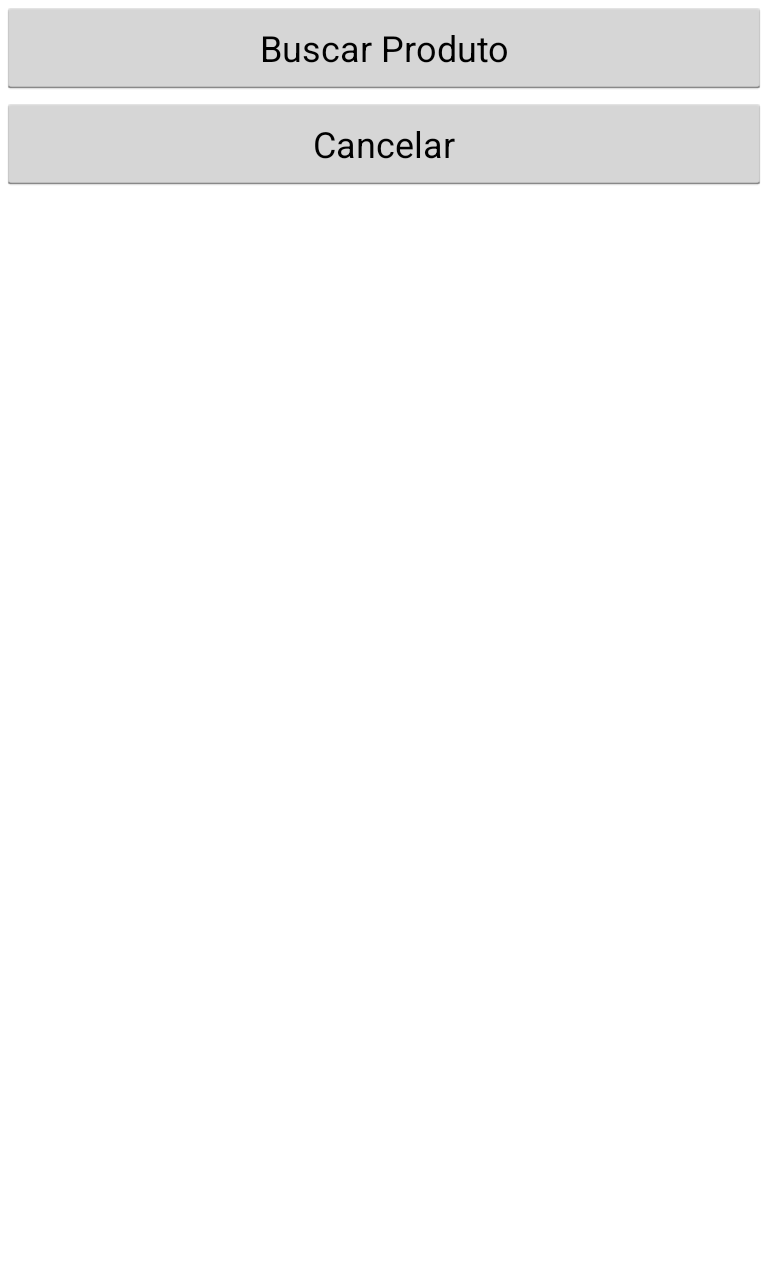
Repository: tmalveirac/mobpdv
Layout: WorkspaceAndroid/MobPDVProjet/res/layout/activity_pedido.xml
The author's editor kept a copy of each file at every save. The layout is drawn from the files as they stood at one save, then again after the next save.
It is drawn on a 768 x 1280 px phone screen (xhdpi) without system bars, with theme AppTheme; the app's code is not run.

Above is the layout before, as saved 2013-05-21 13:21:34.

### WorkspaceAndroid/MobPDVProjet/res/layout/activity_pedido.xml
<LinearLayout xmlns:android="http://schemas.android.com/apk/res/android"
    xmlns:tools="http://schemas.android.com/tools"
      android:id="@+id/pedido_form"
    android:layout_width="fill_parent"
    android:layout_height="fill_parent"
    android:orientation="vertical"

    tools:context=".PedidoActivity" >

    <Button
        android:id="@+id/btnBpdt"
        android:layout_width="fill_parent"
        android:layout_height="wrap_content"
        android:text="@string/btnBpdt" />

    <LinearLayout
        android:id="@+id/pedido_foot"
        android:orientation="horizontal"
        android:layout_width="fill_parent"
    	android:layout_height="wrap_content"
                >
     <Button
        android:id="@+id/btnCancelarPedido"
        android:layout_width="fill_parent"
        android:layout_height="wrap_content"
        android:text="@string/btnCancelarPedido" />





    </LinearLayout>

</LinearLayout>

### WorkspaceAndroid/MobPDVProjet/res/values/strings.xml
<?xml version="1.0" encoding="utf-8"?>
<resources>

    <string name="app_name">MobPDV</string>
    <string name="action_settings">Configurações</string>
    <string name="hello_world">Hello world!</string>
    <string name="btnAbrCxa">Abrir Caixa</string>
    <string name="btnIniVda">Iniciar Venda</string>
    <string name="btnFecCxa">Fechar Caixa</string>
    <string name="btnVerCdp">Ver Cardápio</string>
    <string name="btnBpdt">Buscar Produto</string>
    <string name="title_activity_ciclo_vida">CicloVida</string>
    <string name="title_activity_pedido">Pedido</string>
    <string name="title_activity_cardapio">Cardapio</string>
    <string name="txtMain">MobPDV</string>
    <string name="btnCancelarPedido">Cancelar</string>
    <string name="btnRealizarPedido">Realizar Pedido</string>


</resources>

Loaded but not shown: WorkspaceAndroid/MobPDVProjet/res/values/styles.xml (common file); WorkspaceAndroid/MobPDVProjet/res/values-v11/styles.xml (common file); WorkspaceAndroid/MobPDVProjet/res/values-v14/styles.xml (common file)

After the next save:
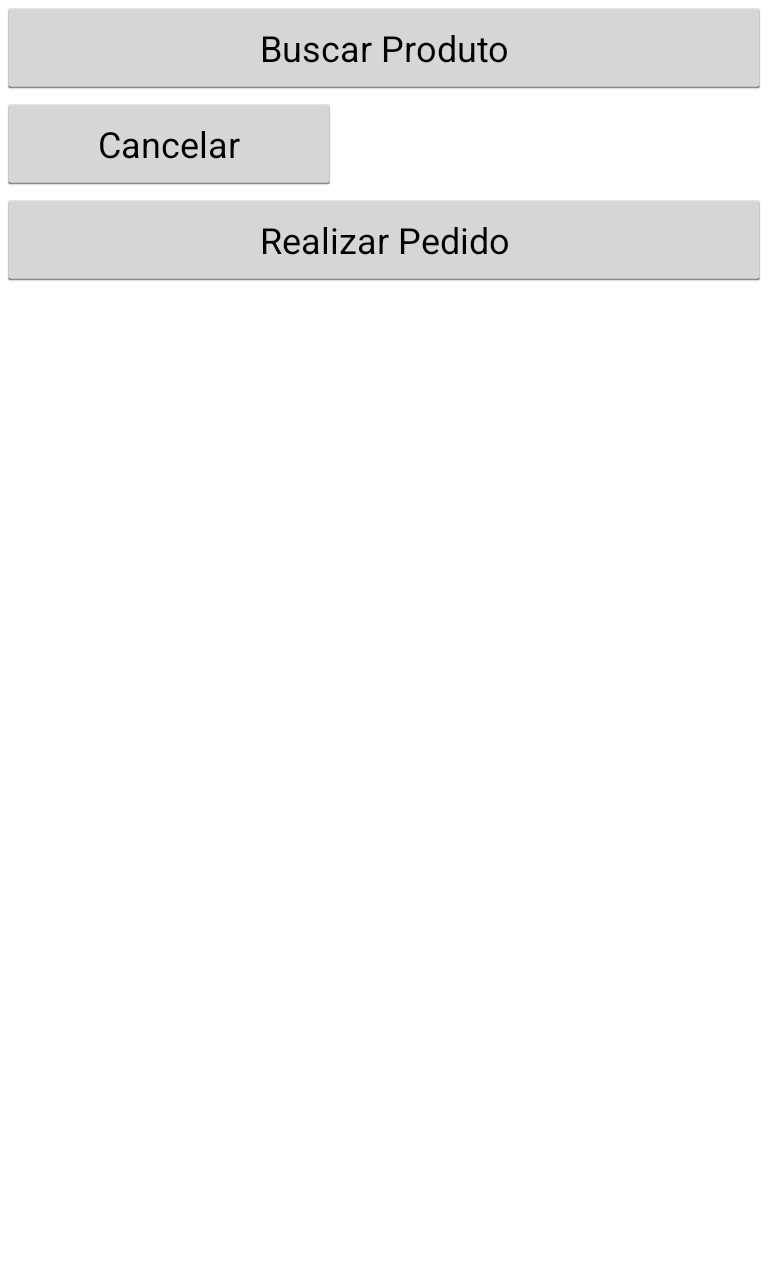
Saved 27 s later.
--- a/WorkspaceAndroid/MobPDVProjet/res/layout/activity_pedido.xml
+++ b/WorkspaceAndroid/MobPDVProjet/res/layout/activity_pedido.xml
@@ -19,16 +19,19 @@
         android:layout_width="fill_parent"
     	android:layout_height="wrap_content"
                 >
-     <Button
+
+    </LinearLayout>
+
+    <Button
         android:id="@+id/btnCancelarPedido"
-        android:layout_width="fill_parent"
+        android:layout_width="169dp"
         android:layout_height="wrap_content"
         android:text="@string/btnCancelarPedido" />
 
-
-
-
-
-    </LinearLayout>
+     <Button
+        android:id="@+id/btnRealizarPedido"
+        android:layout_width="fill_parent"
+        android:layout_height="wrap_content"
+        android:text="@string/btnRealizarPedido" />
 
 </LinearLayout>
